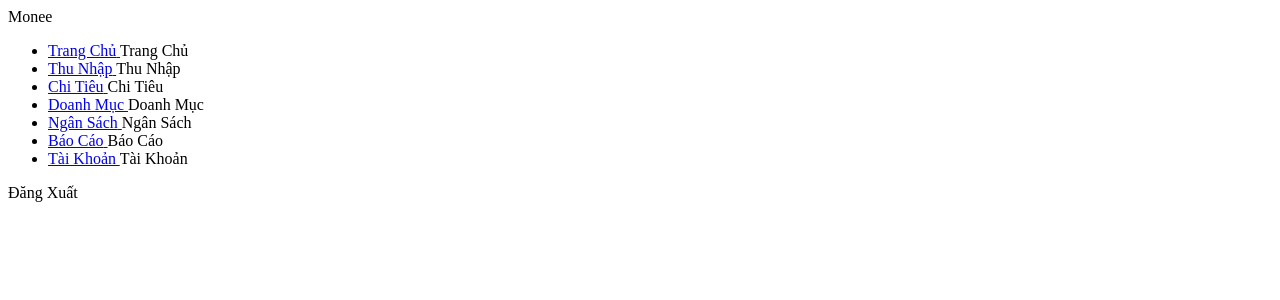
Repository: Dien973/expense_manager
Page: http://localhost/expense_manager/user_page/silebar.php
The author's editor kept a copy of each file at every save. The page is drawn from the files as they stood at one save, then again after the next save.
The browser window is 1280 px wide. The pictures show the whole page.
The page is run by PHP 8.4 with error messages shown; the project is at /var/www/html/.

Above is the page before, as saved 2025-12-05 20:19:10.

After the next save:
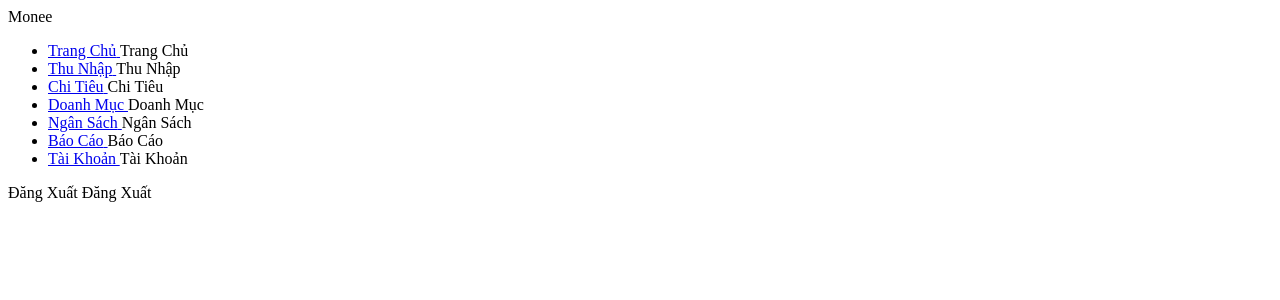
Saved 2 min 58 s later.
--- a/user_page/silebar.php
+++ b/user_page/silebar.php
@@ -61,6 +61,7 @@
         </ul>
 
         <div class="logout-item">
+            <span class="links_name">Đăng Xuất</span>
             <span class="tooltip">Đăng Xuất</span>
             <i class="fa-solid fa-right-from-bracket"></i>
         </div>
